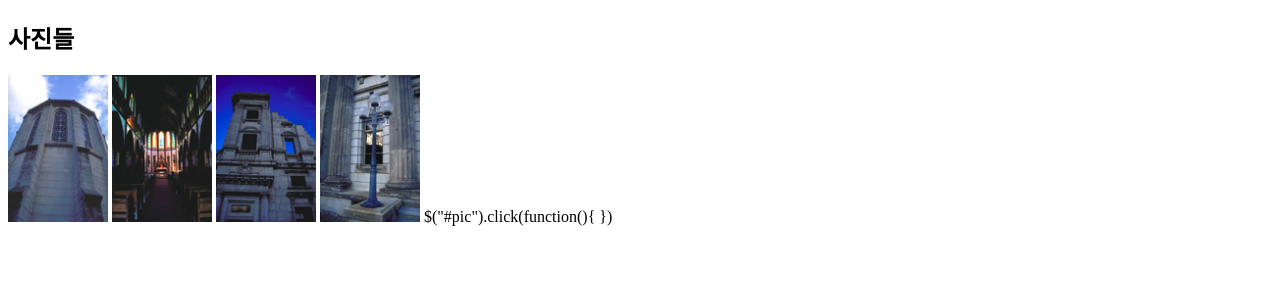
Repository: jeongho97/JQuery
Page: JQuery기본2/WebContent/예제2.html
An editor plug-in stored every save of this project. The page is shown before and after the next save, followed by the edit.
The browser window is 1280 px wide. The pictures show the whole page.

Above is the page before, as saved 2022-05-13 03:38:31.

### JQuery기본2/WebContent/예제2.html
<!DOCTYPE html>
<html>
<head>
<meta charset="UTF-8">
<title>Insert title here</title>
<script src="https://ajax.googleapis.com/ajax/libs/jquery/3.6.0/jquery.min.js"></script>
</head>
<body>
<h2>사진들</h2>
<img alt="" src="./images/img01.jpg" class="pic" value="성 자비에르 성당(외관)" width="100">
<img alt="" src="./images/img02.jpg" class="pic" value="성 자비에르 성당(내부)" width="100">
<img alt="" src="./images/img03.jpg" class="pic" value="은행" width="100">
<img alt="" src="./images/img04.jpg" class="pic" value="가로등" width="100">

$("#pic").click(function(){

})

</body>
</html>

After the next save:
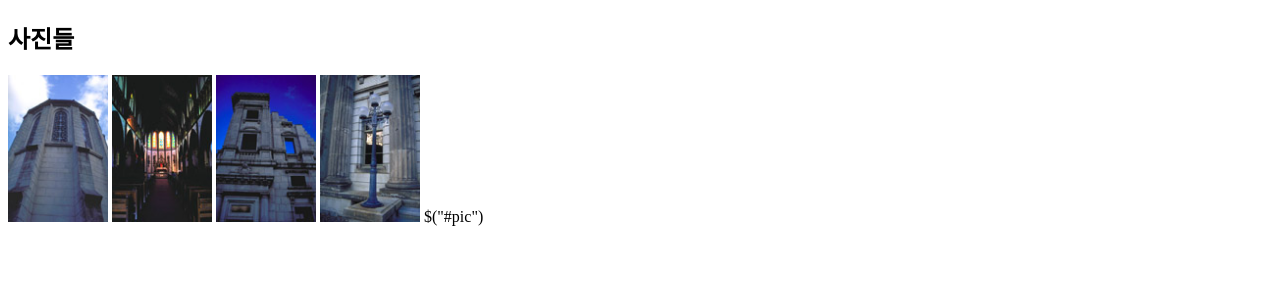
Saved 13 s later.
--- a/JQuery기본2/WebContent/예제2.html
+++ b/JQuery기본2/WebContent/예제2.html
@@ -12,9 +12,8 @@
 <img alt="" src="./images/img03.jpg" class="pic" value="은행" width="100">
 <img alt="" src="./images/img04.jpg" class="pic" value="가로등" width="100">
 
-$("#pic").click(function(){
 
-})
+$("#pic")
 
 </body>
 </html>
